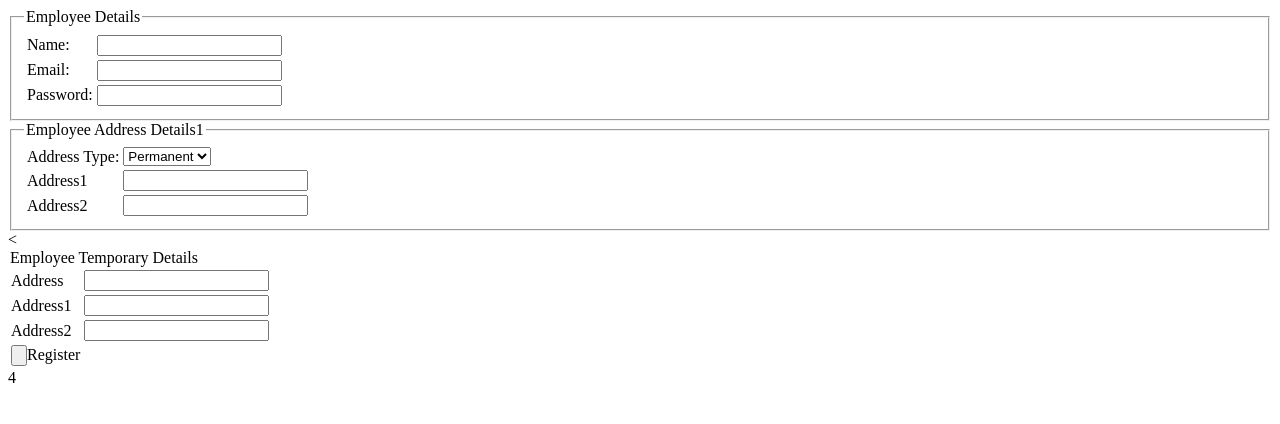
Repository: Shivani-N-Shivakumar/TY_CG_HTD_Bangalore-November_JFS_ShivaniNS-
Page: http://localhost/empmvc/WEB-INF/view/register.jsp
These files come from the project's save history. The page is drawn as it stood at one moment and after the next save; the edit follows.
The browser window is 1280 px wide. The pictures show the whole page.
The page is served by Tomcat 9. Nobody is signed in. Other server files are loaded and not shown. The template is opened directly, without the code that normally fills it, so the values that code supplies are empty.

Above is the page before, as saved 2019-12-24 05:43:15.

### BackEnd/Spring-workspace/empmvc/src/main/webapp/WEB-INF/view/register.jsp
<%@ page language="java" contentType="text/html; charset=ISO-8859-1"
    pageEncoding="ISO-8859-1"%>
<!DOCTYPE html>
<html>
<head>
<meta charset="ISO-8859-1">
<title>Insert title here</title>
</head>
<body>


<form action="./Register" method="post">
<fieldset>
<legend> Employee Details</legend>
<table>
<tr>
<td>Name:</td>
<td><input type="text" name="name"></td>
</tr>


<tr>
<td>Email:</td>
<td><input type="email" name="email"></td>
</tr>
<tr>
<td>Password:</td>
<td><input type="password" name="password"></td>
</tr>

</table>
</fieldset>




<fieldset>
<legend>Employee  Address Details1</legend>

<table>
<tr>
<td>Address Type:</td>

<td><select name="addType">
<option>Permanent</option>
<option>Temp</option></select></td>
</tr>


<tr>
<td>Address1</td>
<td><input type="text" name="address1"></td>
</tr>
<tr>
<td>Address2</td>
<td><input type="text" name="address2"></td>
</tr>

</table>
</fieldset>



<
<legend>Employee Temporary Details</legend>
<table>
<tr>
<td>Address</td>
<td><input type="text" name="address"></td>
</tr>


<tr>
<td>Address1</td>
<td><input type="text" name="address1"></td>
</tr>
<tr>
<td>Address2</td>
<td><input type="text" name="address2"></td>
</tr>
<tr>
<td><input type="button" name="Register" >Register</td>
</tr>
</table>
</form>







4
</body>
</html>

After the next save:
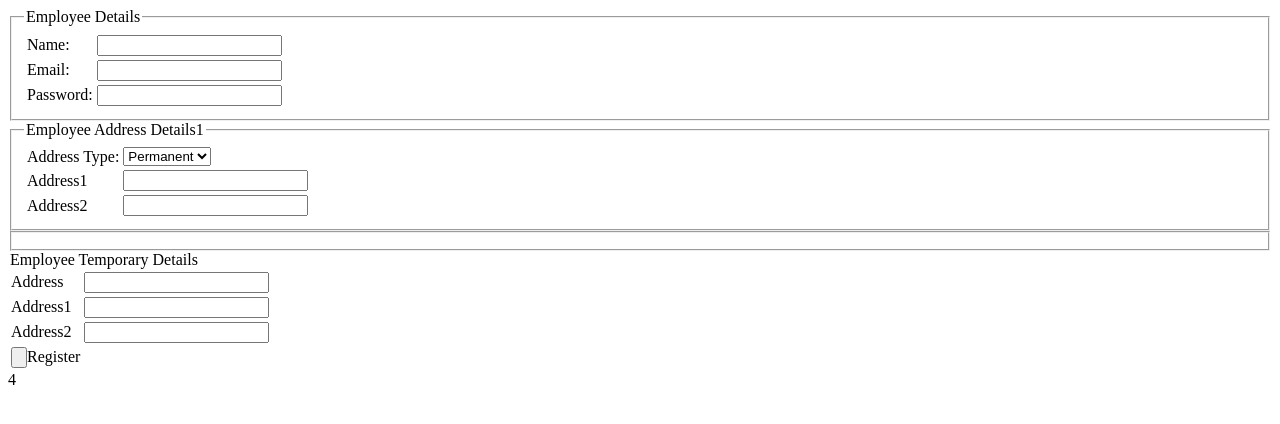
Saved 22 s later.
--- a/BackEnd/Spring-workspace/empmvc/src/main/webapp/WEB-INF/view/register.jsp
+++ b/BackEnd/Spring-workspace/empmvc/src/main/webapp/WEB-INF/view/register.jsp
@@ -61,7 +61,7 @@
 
 
 
-<
+<fieldset></fieldset>
 <legend>Employee Temporary Details</legend>
 <table>
 <tr>
